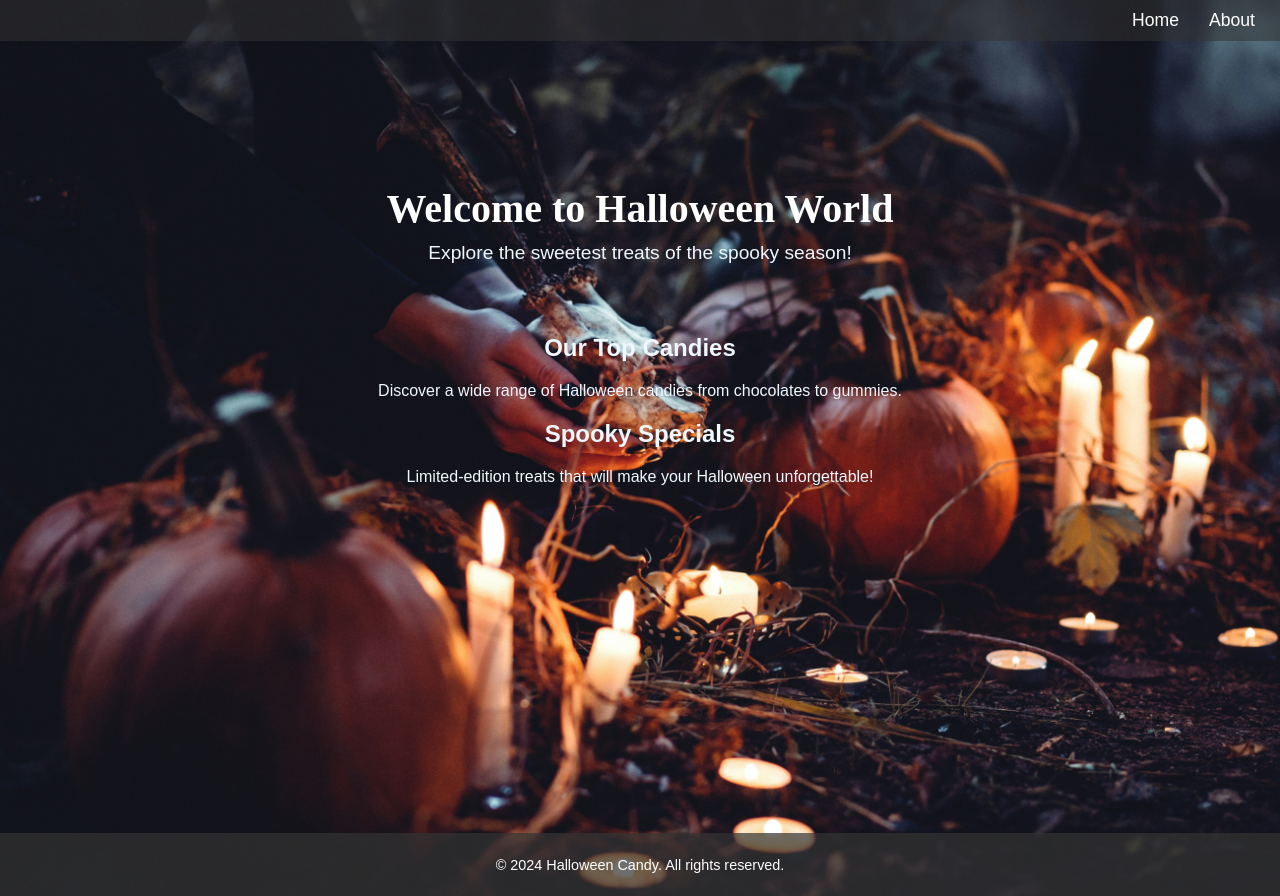
Repository: monicaifijeh/test2
Page: kyportfolio/src/indexHallo.html
The author's editor kept a copy of each file at every save. The page is drawn from the files as they stood at one save, then again after the next save.
The browser window is 1280 px wide. The pictures show the whole page.

Above is the page before, as saved 2024-12-20 17:57:43.

### kyportfolio/src/indexHallo.html
<!DOCTYPE html>
<html lang="en">
  <head>
    <meta charset="UTF-8" />
    <meta name="viewport" content="width=device-width, initial-scale=1.0" />
    <title>Halloween Candy</title>
    <link rel="stylesheet" href="kystyle.css" />
  </head>
  <body>
    <nav>
      <ul>
        <li><a href="indexHallo.html">Home</a></li>
        <li><a href="aboutHallo.html">About</a></li>
      </ul>
    </nav>
    <header>
      <h1>Welcome to Halloween World</h1>
      <p>Explore the sweetest treats of the spooky season!</p>
    </header>
    <main>
      <section class="intro">
        <h2>Our Top Candies</h2>
        <p>
          Discover a wide range of Halloween candies from chocolates to gummies.
        </p>
      </section>
      <section class="intro">
        <h2>Spooky Specials</h2>
        <p>
          Limited-edition treats that will make your Halloween unforgettable!
        </p>
      </section>
    </main>
    <footer>
      <p>&copy; 2024 Halloween Candy. All rights reserved.</p>
    </footer>
  </body>
</html>

### kyportfolio/src/kystyle.css
body {
    font-family: Arial, sans-serif;
    margin: 0;
    padding: 0;
background-image: url("/kyportfolio/images/freestocks-twVS-YjQn9Y-unsplash.jpg");
background-repeat: no-repeat;
background-size: cover;
}

header {
    text-align: center;
    padding: 20px;

}

header h1 {
    margin: 0;
    font-size: 2.5rem;
   color: #fff;
   font-family: fantasy;
   margin-top: 10%;
}
.intro{
    color: aliceblue;
    text-align: center;
}

header p {
    color: aliceblue;
    margin: 10px 0;
    font-size: 1.2rem;
}

nav ul {
    display: flex;
    justify-content: right;
    list-style: none;
    padding: 10px;
    background-color: #3333338a;
    margin: 0;
    position: sticky;
}

nav ul li {
    margin: 0 15px;
}

nav ul li a {
    text-decoration: none;
    color: #fff;
    font-size: 1.1rem;
}

nav ul li a:hover {
    text-decoration: underline;
}

main {
    padding: 20px;
    box-sizing: border-box;
    display: block;

}

section {
    margin-bottom: 20px;
}

footer {
    margin-top: 24%;
    text-align: center;
    padding: 10px;
    background-color: #333333b4;
    color: #fff;
    font-size: 0.9rem;

}

After the next save:
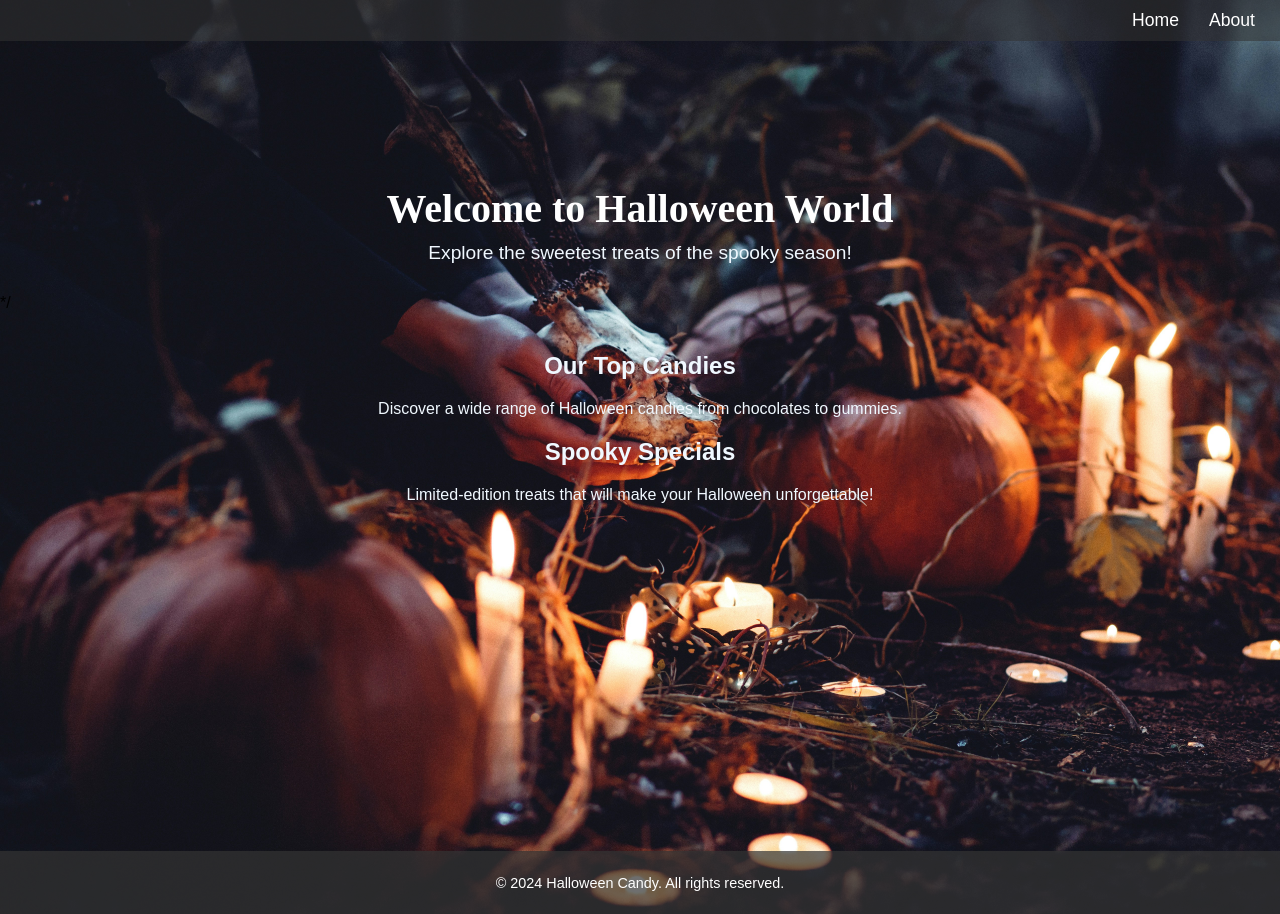
Saved 4 s later.
--- a/kyportfolio/src/indexHallo.html
+++ b/kyportfolio/src/indexHallo.html
@@ -17,7 +17,7 @@
       <h1>Welcome to Halloween World</h1>
       <p>Explore the sweetest treats of the spooky season!</p>
     </header>
-    <main>
+    */<main>
       <section class="intro">
         <h2>Our Top Candies</h2>
         <p>
